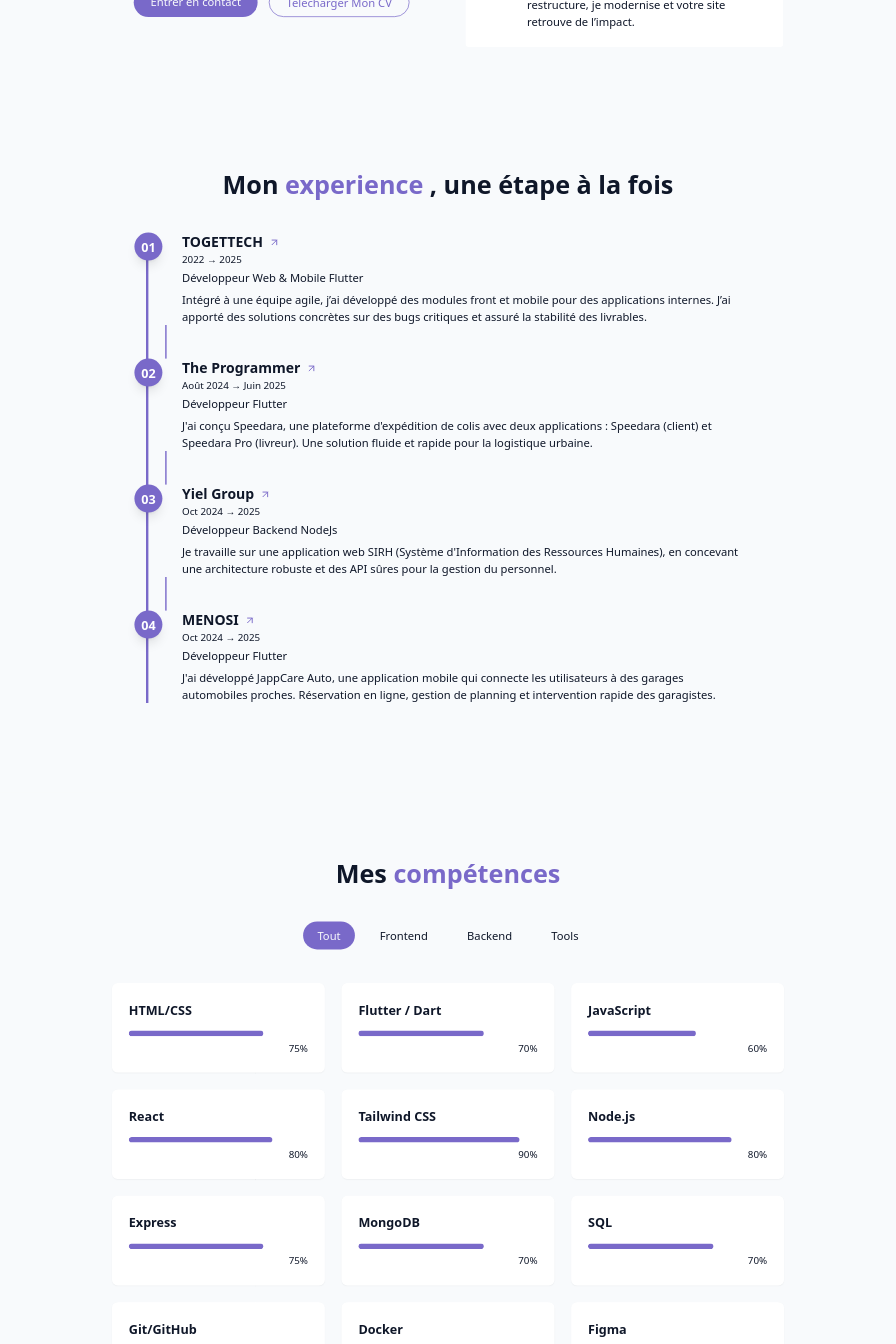
Repository: KOMI18/komi-folio
Page: /
The author's editor kept a copy of each file at every save. The page is drawn from the files as they stood at one save, then again after the next save.
The browser window is 1280 px wide. The pictures show the part of the page from y = 1406 to 3326 px (the page is 5661 px tall before and 5629 px after), at 70% of full size.
The project was rebuilt for these pictures with package versions that can differ from the ones it lists, and the page was loaded fresh each time. Also part of the build but not shown: vite.config.js, src/pages/NotFound.jsx.

Above is the page before, as saved 2025-06-27 19:36:55.

### index.html
<!doctype html>
<html lang="en">
  <head>
    <meta charset="UTF-8" />
    <link rel="icon" type="image/svg+xml" href="" />
    <meta name="viewport" content="width=device-width, initial-scale=1.0" />
    <title>Parfait Kom</title>
  </head>
  <body>
    <div id="root"></div>
    <script type="module" src="/src/main.jsx"></script>
  </body>
</html>

### src/pages/Home.jsx
import { Navbar } from "../components/Navbar";
import { ThemeToggle } from "../components/ThemeToggle";
import { StarBackground } from "@/components/StarBackground";
import { HeroSection } from "../components/HeroSection";
import { AboutSection } from "../components/AboutSection";
import { SkillsSection } from "../components/SkillsSection";
import { ProjectsSection } from "../components/ProjectsSection";
import { ContactSection } from "../components/ContactSection";
import { Footer } from "../components/Footer";
import {ExperienceSection} from "../components/ExperianceSection"
export const Home = () => {
  return (
    <div className="min-h-screen bg-background text-foreground overflow-x-hidden">
      {/* Theme Toggle */}
      <ThemeToggle />
      {/* Background Effects */}
      <StarBackground />

      {/* Navbar */}
      <Navbar />
      {/* Main Content */}
      <main>
        <HeroSection />
        <AboutSection />
        <ExperienceSection/>
        <SkillsSection />
        <ProjectsSection />
        <ContactSection />
      </main>

      {/* Footer */}
      <Footer />
    </div>
  );
};

### src/components/ui/toaster.jsx
import { useToast } from "@/hooks/use-toast";
import {
  Toast,
  ToastClose,
  ToastDescription,
  ToastProvider,
  ToastTitle,
  ToastViewport,
} from "@/components/ui/toast";

export function Toaster() {
  const { toasts } = useToast();

  return (
    <ToastProvider>
      {toasts.map(function ({ id, title, description, action, ...props }) {
        return (
          <Toast key={id} {...props}>
            <div className="grid gap-1">
              {title && <ToastTitle>{title}</ToastTitle>}
              {description && (
                <ToastDescription>{description}</ToastDescription>
              )}
            </div>
            {action}
            <ToastClose />
          </Toast>
        );
      })}
      <ToastViewport />
    </ToastProvider>
  );
}

### src/components/Navbar.jsx
import { cn } from "@/lib/utils";
import { Menu, X } from "lucide-react";
import { useEffect, useState } from "react";

const navItems = [
  { name: "Home", href: "#hero" },
  { name: "A Propos", href: "#about" },
  { name: "Experience", href: "#experience" },
  { name: "Competences", href: "#skills" },
  { name: "Projets", href: "#projects" },
  { name: "Contact", href: "#contact" },


];

export const Navbar = () => {
  const [isScrolled, setIsScrolled] = useState(false);
  const [isMenuOpen, setIsMenuOpen] = useState(false);

  useEffect(() => {
    const handleScroll = () => {
      setIsScrolled(window.screenY > 10);
    };

    window.addEventListener("scroll", handleScroll);
    return () => window.removeEventListener("scroll", handleScroll);
  }, []);
  return (
    <nav
      className={cn(
        "fixed w-full z-40 transition-all duration-300",
        isScrolled ? "py-3 bg-background/80 backdrop-blur-md shadow-xs" : "py-5"
      )}
    >
      <div className="container flex items-center justify-between">
        <a
          className="text-xl font-bold text-primary flex items-center"
          href="#hero"
        >
          <span className="relative z-10">
            <span className="text-glow text-foreground"> Parfait  </span>{" "}
            Kom
          </span>
        </a>

        {/* desktop nav */}
        <div className="hidden md:flex space-x-8">
          {navItems.map((item, key) => (
            <a
              key={key}
              href={item.href}
              className="text-foreground/80 hover:text-primary transition-colors duration-300"
            >
              {item.name}
            </a>
          ))}
        </div>

        {/* mobile nav */}

        <button
          onClick={() => setIsMenuOpen((prev) => !prev)}
          className="md:hidden p-2 text-foreground z-50"
          aria-label={isMenuOpen ? "Close Menu" : "Open Menu"}
        >
          {isMenuOpen ? <X size={24} /> : <Menu size={24} />}{" "}
        </button>

        <div
          className={cn(
            "fixed inset-0 bg-background/95 backdroup-blur-md z-40 flex flex-col items-center justify-center",
            "transition-all duration-300 md:hidden",
            isMenuOpen
              ? "opacity-100 pointer-events-auto"
              : "opacity-0 pointer-events-none"
          )}
        >
          <div className="flex flex-col space-y-8 text-xl">
            {navItems.map((item, key) => (
              <a
                key={key}
                href={item.href}
                className="text-foreground/80 hover:text-primary transition-colors duration-300"
                onClick={() => setIsMenuOpen(false)}
              >
                {item.name}
              </a>
            ))}
          </div>
        </div>
      </div>
    </nav>
  );
};

### src/components/ThemeToggle.jsx
import { Moon, Sun } from "lucide-react";
import { useEffect, useState } from "react";
import { cn } from "@/lib/utils";

export const ThemeToggle = () => {
  const [isDarkMode, setIsDarkMode] = useState(false);

  useEffect(() => {
    const storedTheme = localStorage.getItem("theme");
    if (storedTheme === "dark") {
      setIsDarkMode(true);
      document.documentElement.classList.add("dark");
    } else {
      localStorage.setItem("theme", "light");
      setIsDarkMode(false);
    }
  }, []);

  const toggleTheme = () => {
    if (isDarkMode) {
      document.documentElement.classList.remove("dark");
      localStorage.setItem("theme", "light");
      setIsDarkMode(false);
    } else {
      document.documentElement.classList.add("dark");
      localStorage.setItem("theme", "dark");
      setIsDarkMode(true);
    }
  };

  return (
    <button
      onClick={toggleTheme}
      className={cn(
        "fixed max-sm:hidden top-5 right-5 z-50 p-2 rounded-full transition-colors duration-300",
        "focus:outlin-hidden"
      )}
    >
      {isDarkMode ? (
        <Sun className="h-6 w-6 text-yellow-300" />
      ) : (
        <Moon className="h-6 w-6 text-blue-900" />
      )}
    </button>
  );
};

### src/components/StarBackground.jsx
import { useEffect, useState } from "react";

// id, size, x, y, opacity, animationDuration
// id, size, x, y, delay, animationDuration

export const StarBackground = () => {
  const [stars, setStars] = useState([]);
  const [meteors, setMeteors] = useState([]);

  useEffect(() => {
    generateStars();
    generateMeteors();

    const handleResize = () => {
      generateStars();
    };

    window.addEventListener("resize", handleResize);

    return () => window.removeEventListener("resize", handleResize);
  }, []);

  const generateStars = () => {
    const numberOfStars = Math.floor(
      (window.innerWidth * window.innerHeight) / 10000
    );

    const newStars = [];

    for (let i = 0; i < numberOfStars; i++) {
      newStars.push({
        id: i,
        size: Math.random() * 3 + 1,
        x: Math.random() * 100,
        y: Math.random() * 100,
        opacity: Math.random() * 0.5 + 0.5,
        animationDuration: Math.random() * 4 + 2,
      });
    }

    setStars(newStars);
  };

  const generateMeteors = () => {
    const numberOfMeteors = 4;
    const newMeteors = [];

    for (let i = 0; i < numberOfMeteors; i++) {
      newMeteors.push({
        id: i,
        size: Math.random() * 2 + 1,
        x: Math.random() * 100,
        y: Math.random() * 20,
        delay: Math.random() * 15,
        animationDuration: Math.random() * 3 + 3,
      });
    }

    setMeteors(newMeteors);
  };

  return (
    <div className="fixed inset-0 overflow-hidden pointer-events-none z-0">
      {stars.map((star) => (
        <div
          key={star.id}
          className="star animate-pulse-subtle"
          style={{
            width: star.size + "px",
            height: star.size + "px",
            left: star.x + "%",
            top: star.y + "%",
            opacity: star.opacity,
            animationDuration: star.animationDuration + "s",
          }}
        />
      ))}

      {meteors.map((meteor) => (
        <div
          key={meteor.id}
          className="meteor animate-meteor"
          style={{
            width: meteor.size * 50 + "px",
            height: meteor.size * 2 + "px",
            left: meteor.x + "%",
            top: meteor.y + "%",
            animationDelay: meteor.delay,
            animationDuration: meteor.animationDuration + "s",
          }}
        />
      ))}
    </div>
  );
};

### src/components/HeroSection.jsx
import { ArrowDown } from "lucide-react";

export const HeroSection = () => {
  return (
    <section
      id="hero"
      className="relative min-h-screen flex flex-col items-center justify-center px-4"
    >
      <div className="container max-w-4xl mx-auto text-center z-10">
        <div className="space-y-6">
          <h1 className="text-4xl md:text-6xl font-bold tracking-tight">
            <span className="opacity-0 animate-fade-in">Salut, je suis</span>
            <span className="text-primary opacity-0 animate-fade-in-delay-1">
              {" "}
              Parfait
            </span>
            <span className="text-gradient ml-2 opacity-0 animate-fade-in-delay-2">
              {" "}
              Kom
            </span>
          </h1>

          <p className="text-lg md:text-xl text-muted-foreground max-2-2xl mx-auto opacity-0 animate-fade-in-delay-3">
          Je transforme vos idées en applications  puissantes, prêtes à faire décoller votre business.
          PME, startups ou entrepreneurs : si vous cherchez quelqu’un qui livre vite et bien, vous êtes au bon endroit
          </p>

          <div className="pt-4 opacity-0 animate-fade-in-delay-4">
            <a href="#projects" className="cosmic-button">
             Voir mon travail
            </a>
          </div>
        </div>
      </div>

      <div className="absolute bottom-8 left-1/2 transform -translate-x-1/2 flex flex-col items-center animate-bounce">
        <span className="text-sm text-muted-foreground mb-2"> Scroll </span>
        <ArrowDown className="h-5 w-5 text-primary" />
      </div>
    </section>
  );
};

### src/components/SkillsSection.jsx
import { useState } from "react";
import { cn } from "@/lib/utils";

const skills = [
  // Frontend
  { name: "HTML/CSS", level: 75, category: "frontend" },
  { name: "Flutter / Dart", level: 70, category: "frontend" },
  { name: "JavaScript", level: 60, category: "frontend" },
  { name: "React", level: 80, category: "frontend" },
  { name: "Tailwind CSS", level: 90, category: "frontend" },


  // Backend
  { name: "Node.js", level: 80, category: "backend" },
  { name: "Express", level: 75, category: "backend" },
  { name: "MongoDB", level: 70, category: "backend" },
  { name: "SQL", level: 70, category: "backend" },

  // Tools
  { name: "Git/GitHub", level: 80, category: "tools" },
  { name: "Docker", level: 50, category: "tools" },
  { name: "Figma", level: 65, category: "tools" },
  { name: "VS Code", level: 95, category: "tools" },
  { name: "Canva", level: 65, category: "tools" },
  { name: "Postman", level: 80, category: "tools" },
  { name: "Notion", level: 80, category: "tools" },
];

const categories = ["Tout", "frontend", "backend", "tools"];

export const SkillsSection = () => {
  const [activeCategory, setActiveCategory] = useState("Tout");

  const filteredSkills = skills.filter(
    (skill) => activeCategory === "Tout" || skill.category === activeCategory
  );
  return (
    <section id="skills" className="py-24 px-4 relative bg-secondary/30">
      <div className="container mx-auto max-w-5xl">
        <h2 className="text-3xl md:text-4xl font-bold mb-12 text-center">
        Mes  <span className="text-primary"> compétences</span>
        </h2>

        <div className="flex flex-wrap justify-center gap-4 mb-12">
          {categories.map((category, key) => (
            <button
              key={key}
              onClick={() => setActiveCategory(category)}
              className={cn(
                "px-5 py-2 rounded-full transition-colors duration-300 capitalize",
                activeCategory === category
                  ? "bg-primary text-primary-foreground"
                  : "bg-secondary/70 text-forefround hover:bd-secondary"
              )}
            >
              {category}
            </button>
          ))}
        </div>

        <div className="grid grid-cols-1 sm:grid-cols-2 lg:grid-cols-3 gap-6">
          {filteredSkills.map((skill, key) => (
            <div
              key={key}
              className="bg-card p-6 rounded-lg shadow-xs card-hover"
            >
              <div className="text-left mb-4">
                <h3 className="font-semibold text-lg"> {skill.name}</h3>
              </div>
              <div className="w-full bg-secondary/50 h-2 rounded-full overflow-hidden">
                <div
                  className="bg-primary h-2 rounded-full origin-left animate-[grow_1.5s_ease-out]"
                  style={{ width: skill.level + "%" }}
                />
              </div>

              <div className="text-right mt-1">
                <span className="text-sm text-muted-foreground">
                  {skill.level}%
                </span>
              </div>
            </div>
          ))}
        </div>
      </div>
    </section>
  );
};

### src/components/Footer.jsx
import { ArrowUp } from "lucide-react";

export const Footer = () => {
  return (
    <footer className="py-12 px-4 bg-card relative border-t border-border mt-12 pt-8 flex flex-wrap justify-between items-center">
      {" "}
      <p className="text-sm text-muted-foreground">
        {" "}
        &copy; {new Date().getFullYear()} Parfait Kom . All rights reserved.
      </p>
      <a
        href="#hero"
        className="p-2 rounded-full bg-primary/10 hover:bg-primary/20 text-primary transition-colors"
      >
        <ArrowUp size={20} />
      </a>
    </footer>
  );
};

### src/components/ExperianceSection.jsx
import { ArrowUpRight } from "lucide-react";
export const ExperienceSection = () => {
    const experiences = [
      {
        id: "01",
        company: "TOGETTECH",
        period: "2022 → 2025",
        role: "Développeur Web & Mobile Flutter",
        link: "https://www.linkedin.com/company/togettech-inc/posts/?feedView=all",
        description:
          "Intégré à une équipe agile, j’ai développé des modules front et mobile pour des applications internes. J’ai apporté des solutions concrètes sur des bugs critiques et assuré la stabilité des livrables."
      },
      {
        id: "02",
        company: "The Programmer",
        period: "Août 2024 → Juin 2025",
        role: "Développeur Flutter",
        link: "https://theprogrammeragency.com/fr",
        description:
          "J'ai conçu  Speedara, une plateforme d'expédition de colis avec deux applications : Speedara (client) et Speedara Pro (livreur). Une solution fluide et rapide pour la logistique urbaine."
      },
      {
        id: "03",
        company: "Yiel Group",
        period: "Oct 2024 → 2025",
        role: "Développeur Backend NodeJs",
        link: "https://www.linkedin.com/in/yiel-group-915729351/",
        description:
          "Je travaille sur une application web SIRH (Système d'Information des Ressources Humaines), en concevant une architecture robuste et des API sûres pour la gestion du personnel."
      },
      {
        id: "04",
        company: "MENOSI",
        period: "Oct 2024 → 2025",
        role: "Développeur Flutter",
        link: "https://menosi.net/",
        description:
          "J'ai développé JappCare Auto, une application mobile qui connecte les utilisateurs à des garages automobiles proches. Réservation en ligne, gestion de planning et intervention rapide des garagistes."
      }
    ];

    return (
        <section id="experience" className="py-20 bg-background">
        <div className="container max-w-4xl mx-auto px-4">
        <h2 className="text-3xl md:text-4xl font-bold mb-4 text-center">
          {" "}
          Mon <span className="text-primary">experience</span> , une étape à la fois
        </h2>

          <h2 className="text-3xl font-bold mb-12 text-left">

          </h2>
          <div className="relative border-l-4 border-primary pl-6">
            {experiences.map((exp, index) => (
              <div key={exp.id} className="mb-12 relative">
                <div className="absolute -left-11 top-0 w-10 h-10 rounded-full bg-primary flex items-center justify-center text-white font-bold text-lg shadow-lg">
                  {exp.id}
                </div>
                <div className="ml-6 text-left">
                <h3 className="text-xl font-semibold flex items-center gap-2">
                  <span>{exp.company}</span>
                  {exp.link && (
                    <a
                      href={exp.link}
                      target="_blank"
                      rel="noopener noreferrer"
                      className="text-primary hover:underline"
                    >
                      <ArrowUpRight className="w-4 h-4" />
                    </a>
                  )}
                </h3>
                  <p className="text-muted-foreground text-sm mb-1">{exp.period}</p>
                  <p className="text-base font-medium">{exp.role}</p>
                  <p className="text-muted-foreground mt-2">{exp.description}</p>
                </div>
                {index !== experiences.length - 1 && (
                  <div className="absolute left-0 top-full h-12 w-0.5 bg-primary"></div>
                )}
              </div>
            ))}
          </div>
        </div>
      </section>
    );
  };

  export default ExperienceSection;

Loaded but not shown: src/main.jsx (common file); src/App.jsx (common file); src/index.css (common file); src/lib/utils.js (common file); src/hooks/use-toast.js (144 lines, source omitted); src/components/ContactSection.jsx (186 lines, source omitted); src/components/ProjectsSection.jsx (131 lines, source omitted); src/components/AboutSection.jsx (97 lines, source omitted); src/components/ui/toast.jsx (102 lines, source omitted)

After the next save:
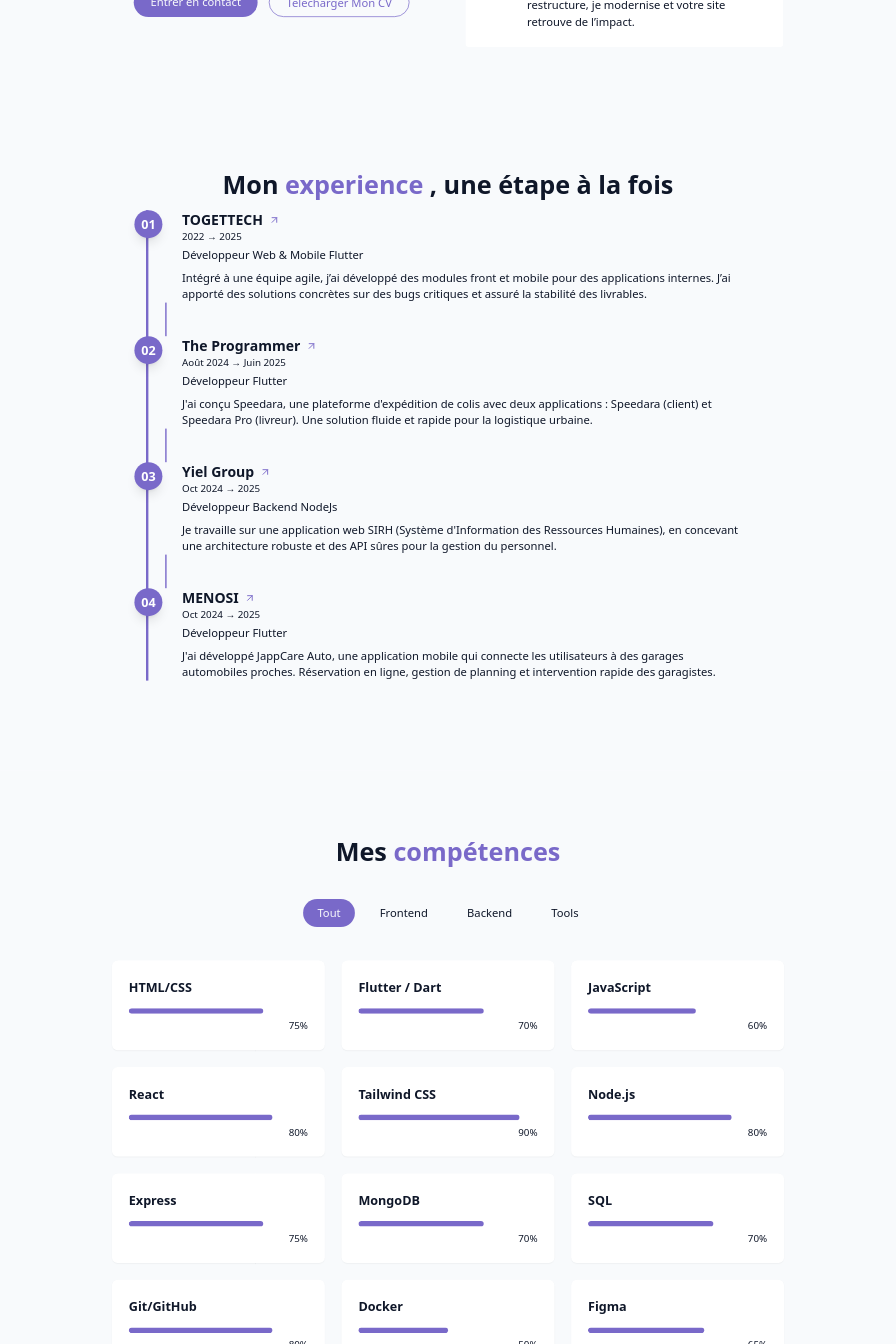
Saved 5 s later.
--- a/src/components/ExperianceSection.jsx
+++ b/src/components/ExperianceSection.jsx
@@ -46,10 +46,6 @@ export const ExperienceSection = () => {
           {" "}
           Mon <span className="text-primary">experience</span> , une étape à la fois
         </h2>
-
-          <h2 className="text-3xl font-bold mb-12 text-left">
-
-          </h2>
           <div className="relative border-l-4 border-primary pl-6">
             {experiences.map((exp, index) => (
               <div key={exp.id} className="mb-12 relative">

After the 2 saves that followed:
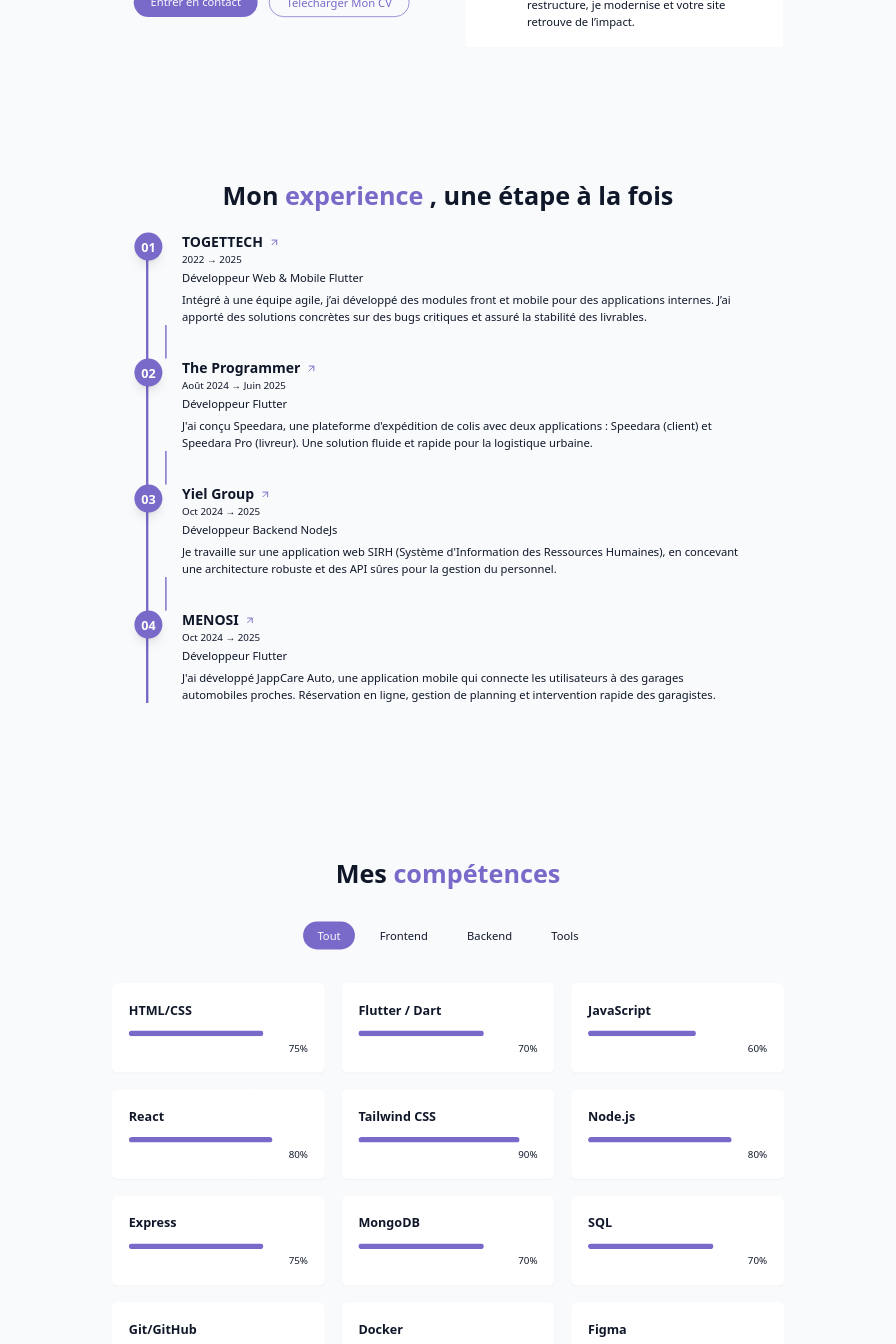
The 2 saves are shown as one change because 1 left the picture as it was.
The last was saved 27 s later.
--- a/src/components/ExperianceSection.jsx
+++ b/src/components/ExperianceSection.jsx
@@ -42,7 +42,7 @@ export const ExperienceSection = () => {
     return (
         <section id="experience" className="py-20 bg-background">
         <div className="container max-w-4xl mx-auto px-4">
-        <h2 className="text-3xl md:text-4xl font-bold mb-4 text-center">
+        <h2 className="text-3xl md:text-4xl font-bold mb-4 py-4 text-center">
           {" "}
           Mon <span className="text-primary">experience</span> , une étape à la fois
         </h2>
